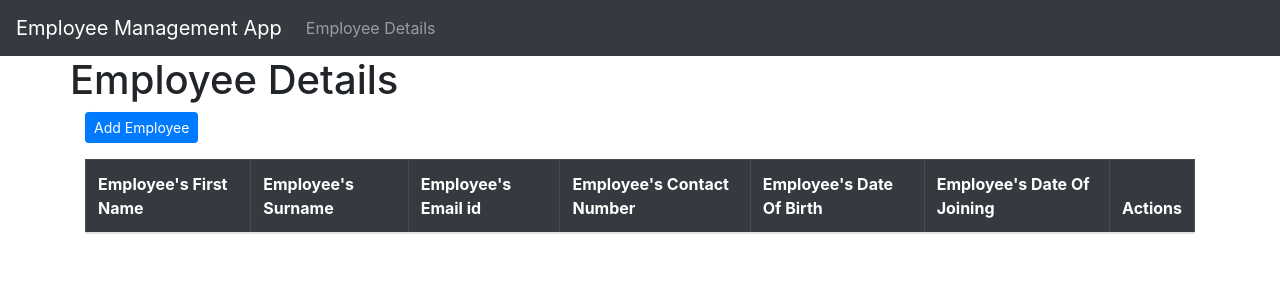
Repository: smrutiranjan-84/Assignment
Page: http://localhost/employees
The author's editor kept a copy of each file at every save. The page is drawn from the files as they stood at one save, then again after the next save.
The browser window is 1280 px wide. The pictures show the whole page.
The page is this project's Thymeleaf template; nobody is signed in. The template is opened directly, without the code that normally fills it, so the values that code supplies are empty.

Above is the page before, as saved 2022-01-19 12:13:39.
Console error (its wording comes from the project's code and is left out).

After the next save:
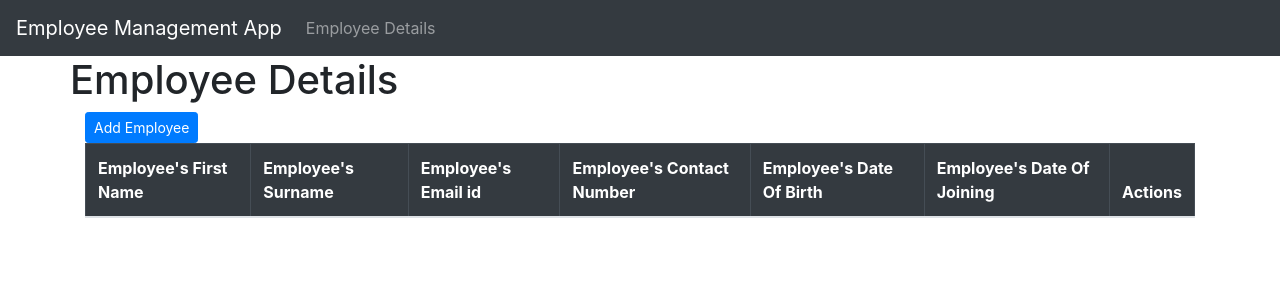
Saved 28 s later.
--- a/EmployeeApplication/src/main/resources/templates/employees.html
+++ b/EmployeeApplication/src/main/resources/templates/employees.html
@@ -31,7 +31,7 @@
            </div>
            <div class= "row">
            <div class= "col-lg-3">
-           <a th:href= "@{/employees/new}" class= "btn btn-primary btn-sm mb-3">Add Employee</a>
+           <a th:href= "@{/employees/new}" class= "btn btn-primary btn-sm mb-6">Add Employee</a>
 
 
            </div>
